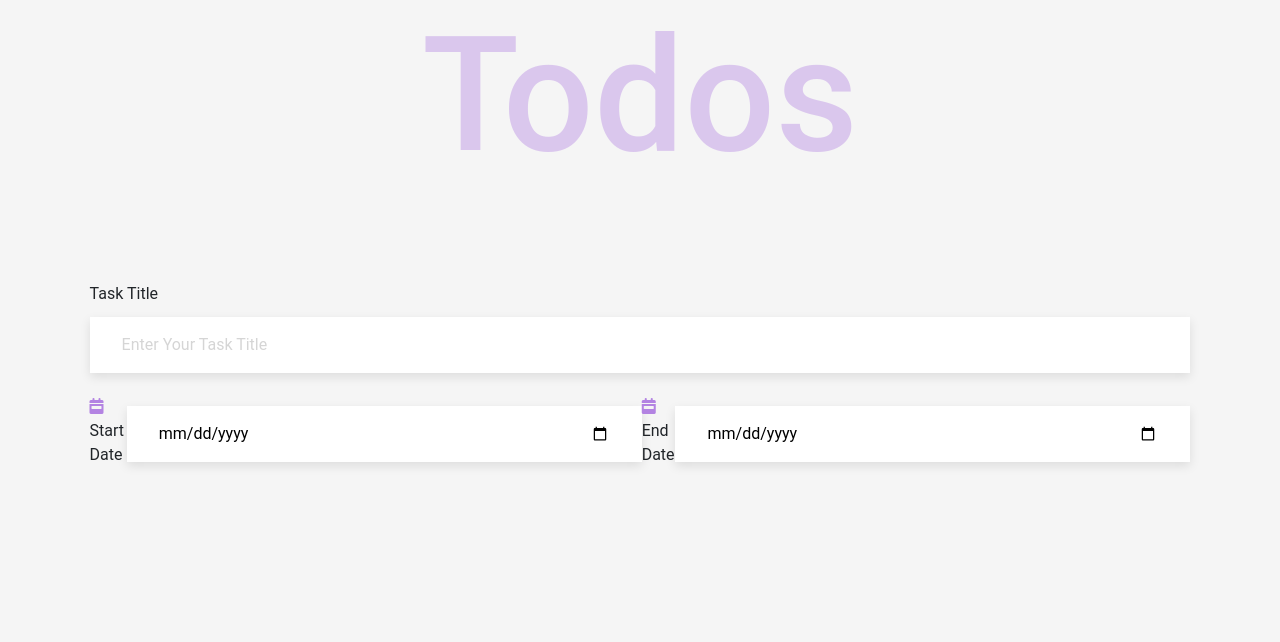
Repository: Surahailat/TypeScript
Page: Mini project 10-3/Project-TS.html
An editor plug-in stored every save of this project. The page is shown before and after the next save, followed by the edit.
The browser window is 1280 px wide. The pictures show the whole page.

Above is the page before, as saved 2025-03-10 13:34:16.

After the next save:
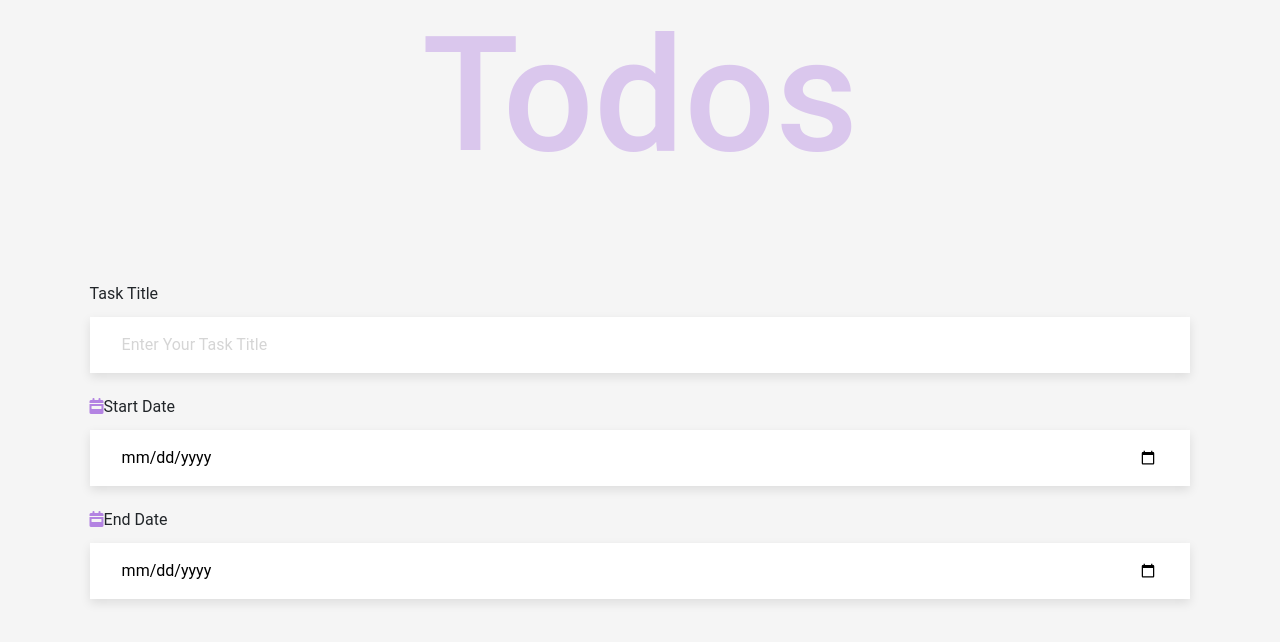
Saved 14 s later.
--- a/Mini project 10-3/Project-TS.html
+++ b/Mini project 10-3/Project-TS.html
@@ -58,7 +58,7 @@
     <div class="form">
         <Label>Task Title</Label>
         <input type="text" class="input" placeholder="Enter Your Task Title " autocomplete="off" id="input">
-        <div class="date form-group">
+        <div class="form-group">
             <Label><i class="fa-solid fa-calendar-week" style="color: #b383e2;"></i>Start Date</Label>
             <input type="date" class="input" autocomplete="off" id="input">
 
